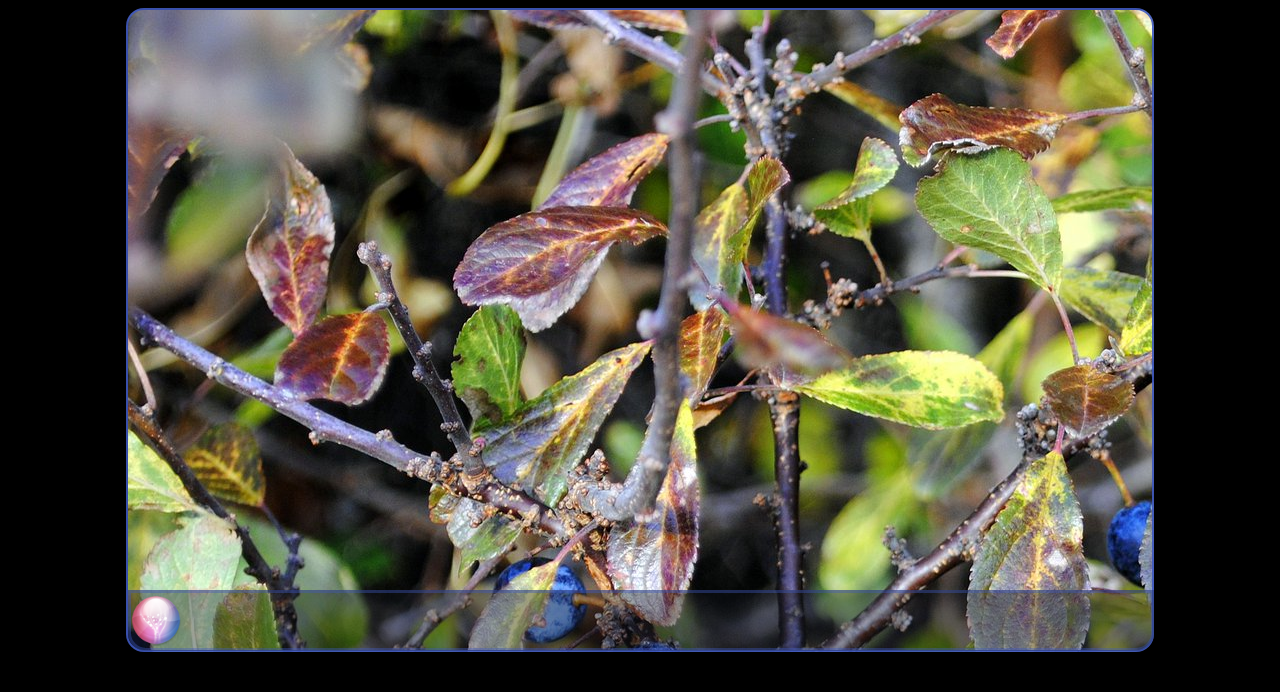
Repository: js223mx/js223mx-1dv403-laborationer
Page: 5-pwd/index.html
The author's editor kept a record of every edit. The page is drawn from the files as they stood at one moment, then again after the next edit.
The browser window is 1280 px wide. The pictures show the whole page.

Above is the page before.

After the next edit:
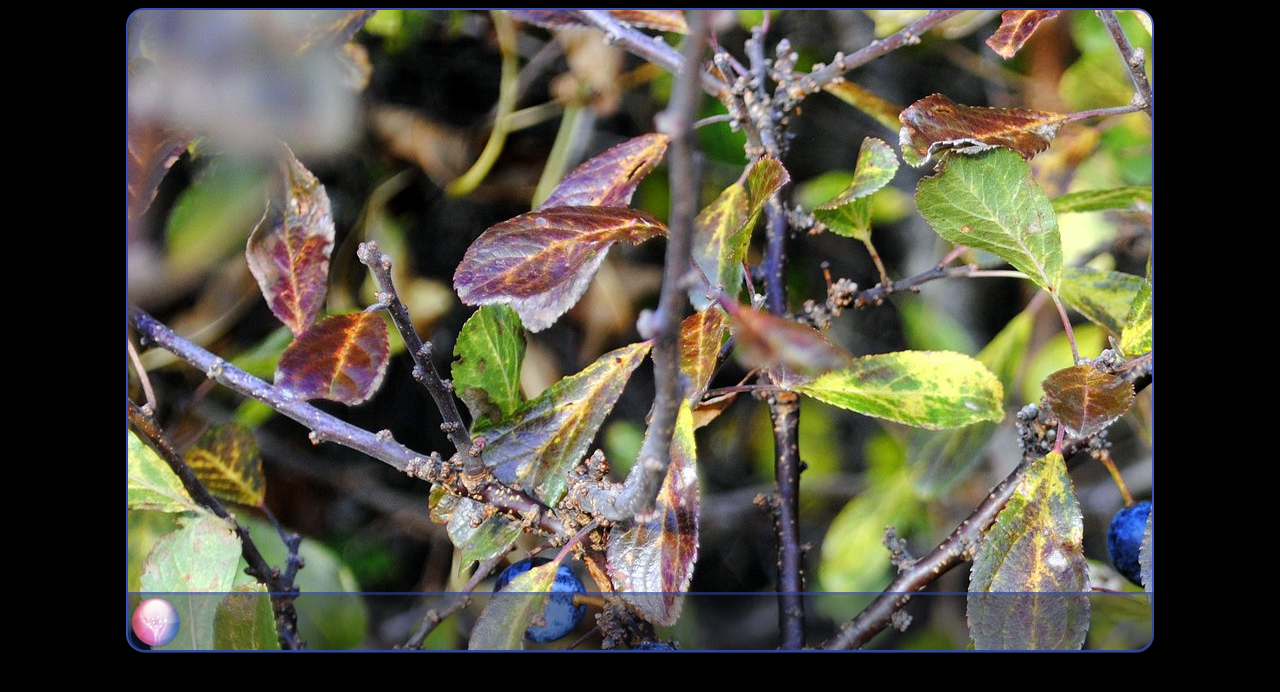
The edit:
--- a/5-pwd/css/style.css
+++ b/5-pwd/css/style.css
@@ -27,7 +27,7 @@
     height:55px;
     margin-left:auto;
     margin-right: auto;
-    margin-top: 580px;
+    margin-top: 582px;
     border: solid hsla(228,50%,50%,0.4);
     background-color:hsla(228,25%,10%,0.4);
 
